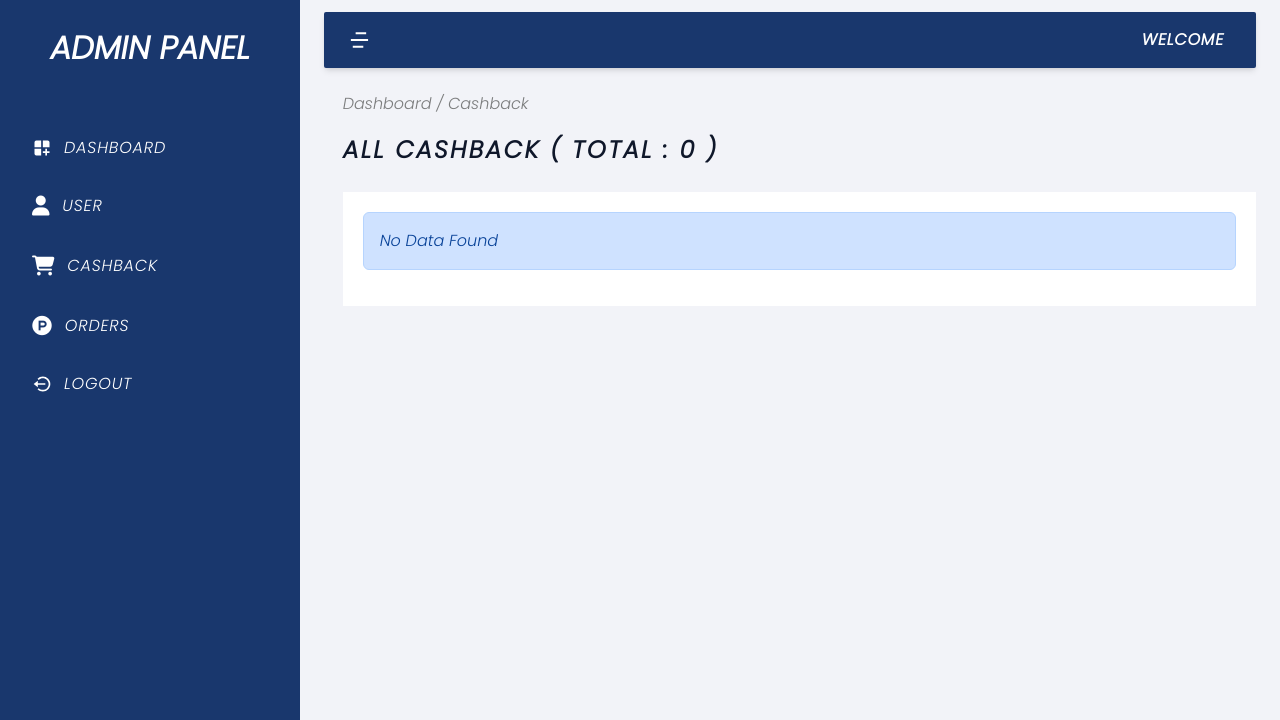
Repository: FlyweisReact/Ankit-Pandey-Admin-Panel
Page: /Customer
An editor plug-in stored every save of this project. The page is shown before and after a run of saves, followed by the edit.
The browser window is 1280 px wide. The pictures show the whole page.
The page's requests for data from a server got no answer. Some web libraries are served in a nearby version. The project was rebuilt for these pictures with package versions that can differ from the ones it lists, and the page was loaded fresh each time. No one was signed in, and anything a server would have sent is missing. Also part of the build but not shown: src/E-CommerceAdmin/pages/EAdmin.js. Imported but missing from the stored project, and not drawn on this page: src/E-CommerceAdmin/forms/Login, src/E-CommerceAdmin/pages/Dashboard, src/E-CommerceAdmin/pages/EAdminOrders.

Above is the page before, as saved 2023-06-16 15:07:53.

After the next 2 saves:
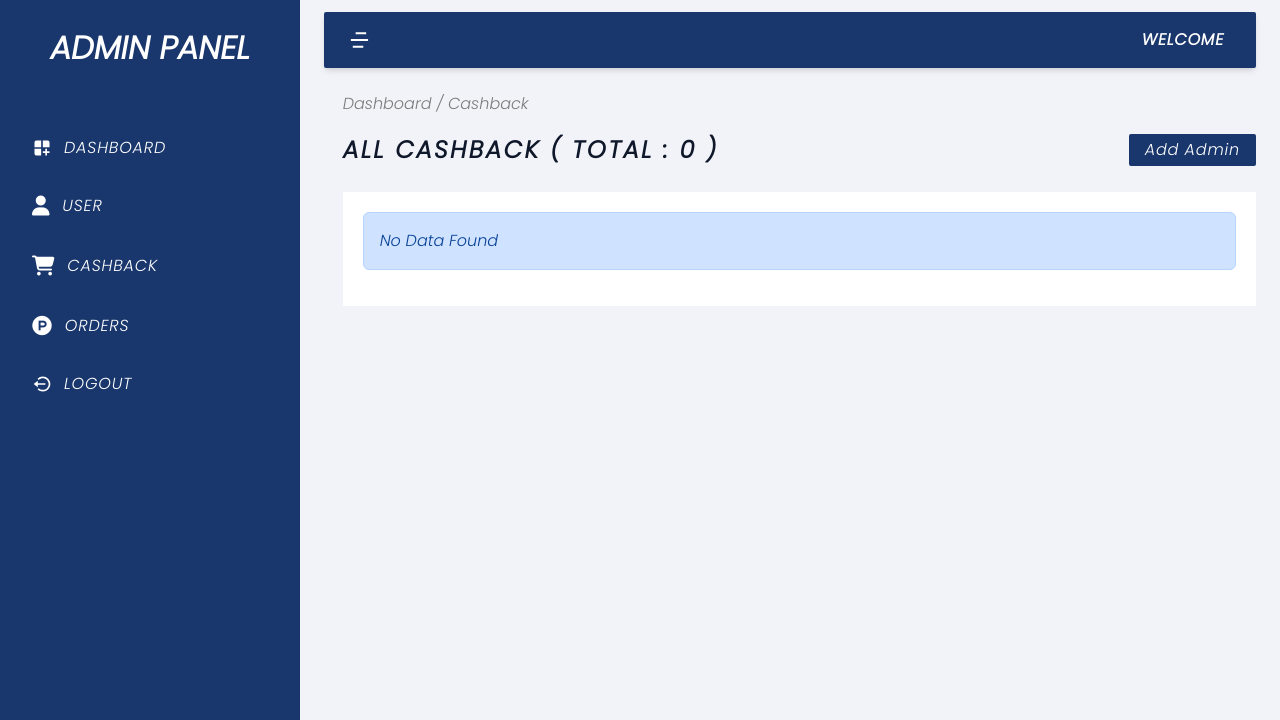
The 2 saves are shown as one change because they came seconds apart.
The last was saved 26 s later.
--- a/src/E-CommerceAdmin/pages/EAdminCustomer.js
+++ b/src/E-CommerceAdmin/pages/EAdminCustomer.js
@@ -19,9 +19,8 @@ const EAdminCustomer = () => {
   let pages2 = [];
 
   const TotolData = query
-    ? data?.filter(
-        (i) =>
-          i?.userId?.toLowerCase().includes(query?.toLowerCase())
+    ? data?.filter((i) =>
+        i?.userId?.toLowerCase().includes(query?.toLowerCase())
       )
     : data;
 
@@ -87,6 +86,10 @@ const EAdminCustomer = () => {
         >
           All Cashback ( Total : {data?.length} )
         </span>
+
+        <button className="md:py-2 px-3 md:px-4 py-1 rounded-sm bg-[#19376d] text-white tracking-wider">
+          Add Admin
+        </button>
       </div>
 
       <section className="sectionCont">
